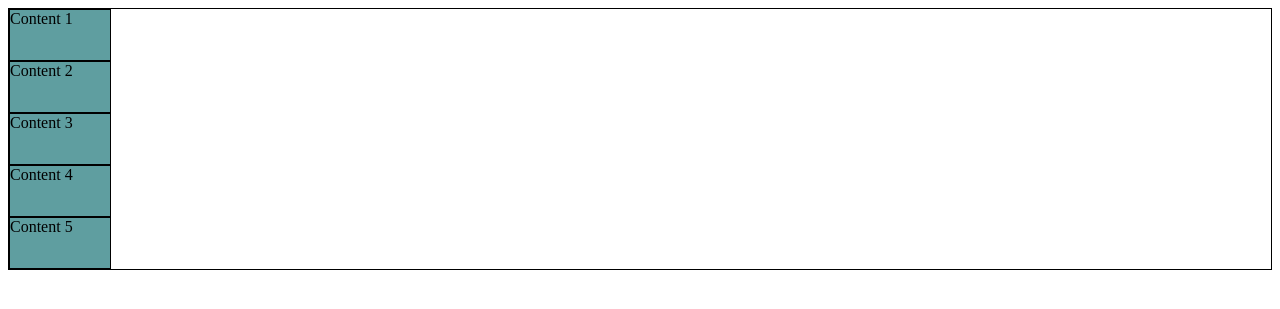
Repository: sammkrt/saltPrecourse
Page: css-trainingGround/cssMarginAndPadding.html
These files come from the project's save history. The page is drawn as it stood at one moment and after the next save; the edit follows.
The browser window is 1280 px wide. The pictures show the whole page.

Above is the page before, as saved 2022-12-22 10:34:41.

After the next save:
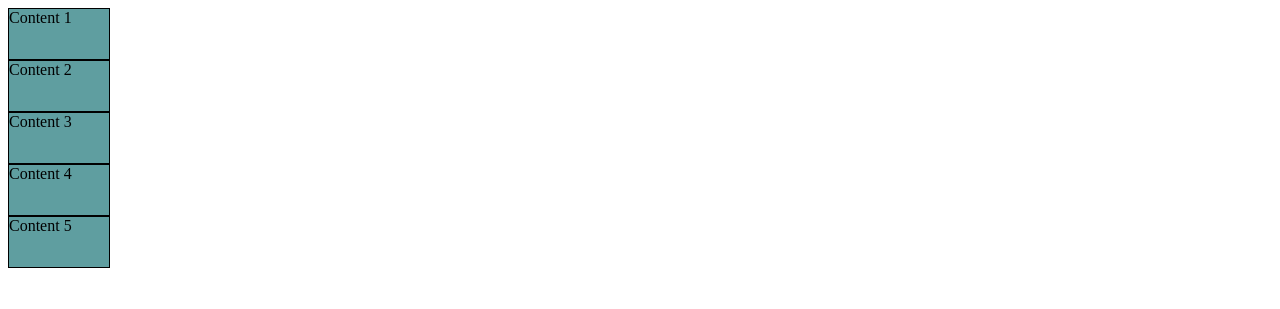
Saved 10 s later.
--- a/css-trainingGround/cssMarginAndPadding.html
+++ b/css-trainingGround/cssMarginAndPadding.html
@@ -4,7 +4,7 @@
     <title>Positioning plaground</title>
     <style>
         main {
-            border: 1px solid black;
+            border: 0px solid black;
         }
 
         div {

After the save that followed:
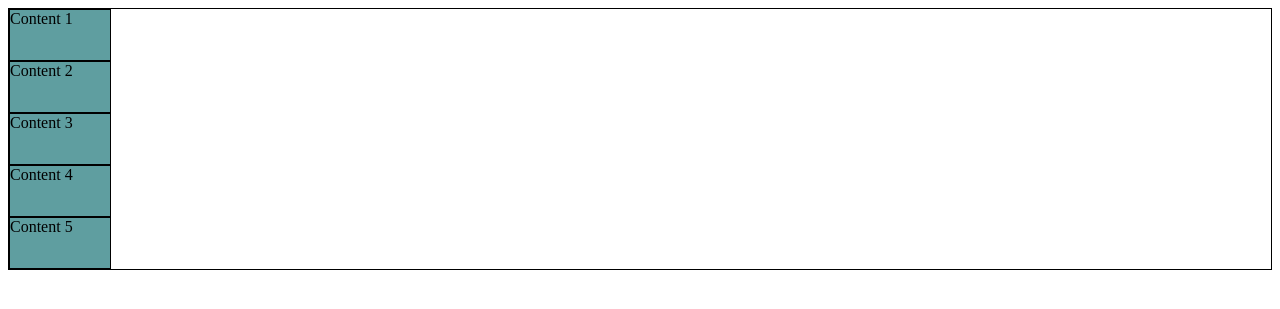
Saved 8 s later.
--- a/css-trainingGround/cssMarginAndPadding.html
+++ b/css-trainingGround/cssMarginAndPadding.html
@@ -4,7 +4,7 @@
     <title>Positioning plaground</title>
     <style>
         main {
-            border: 0px solid black;
+            border: 1px solid black;
         }
 
         div {
